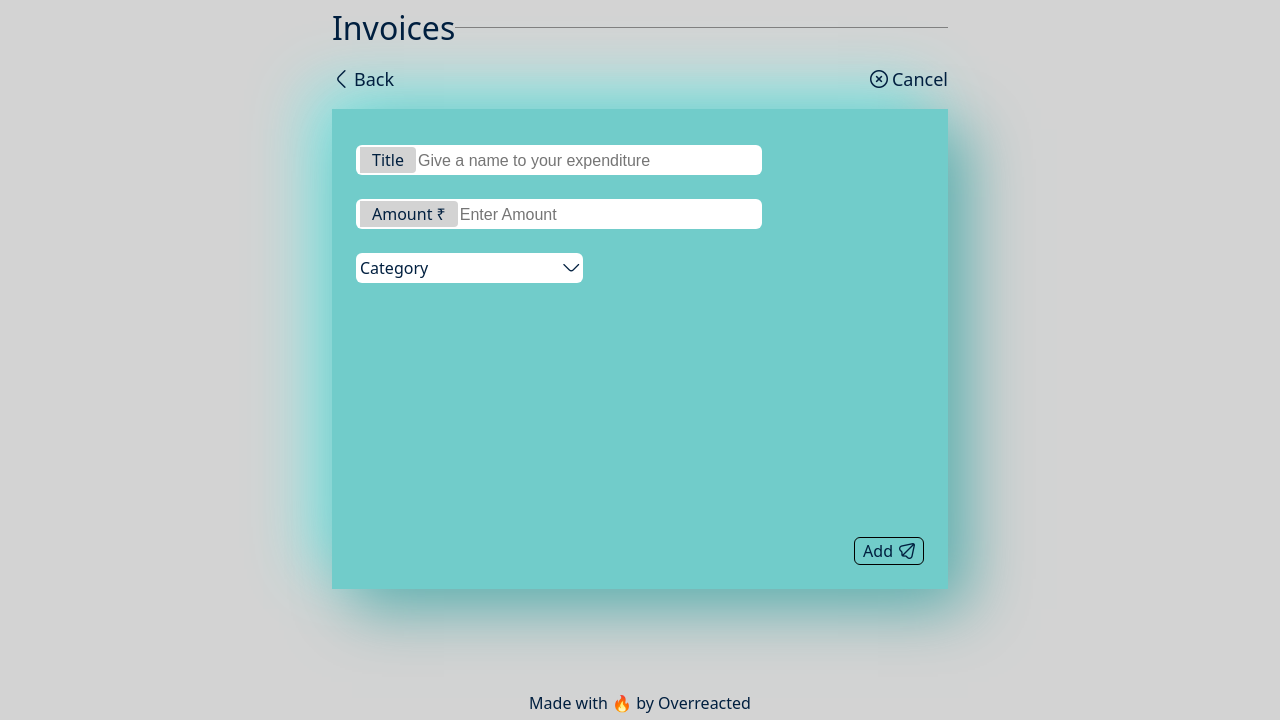
Repository: om1ars/task3
Page: /add-expense
An editor plug-in stored every save of this project. The page is shown before and after the next save, followed by the edit.
The browser window is 1280 px wide. The pictures show the whole page.
Some web libraries are served in a nearby version. The project was rebuilt for these pictures with package versions that can differ from the ones it lists, and the page was loaded fresh each time. Also part of the build but not shown: src/components/add-form/success-modal.css, src/components/expense-list/card.css, src/components/expense-list/card.js, src/components/expense-list/expense-list.css, src/components/expense-list/index.js, src/pages/home/home.css, src/pages/home/index.js.

Above is the page before, as saved 2021-12-18 14:49:58.

After the next save:
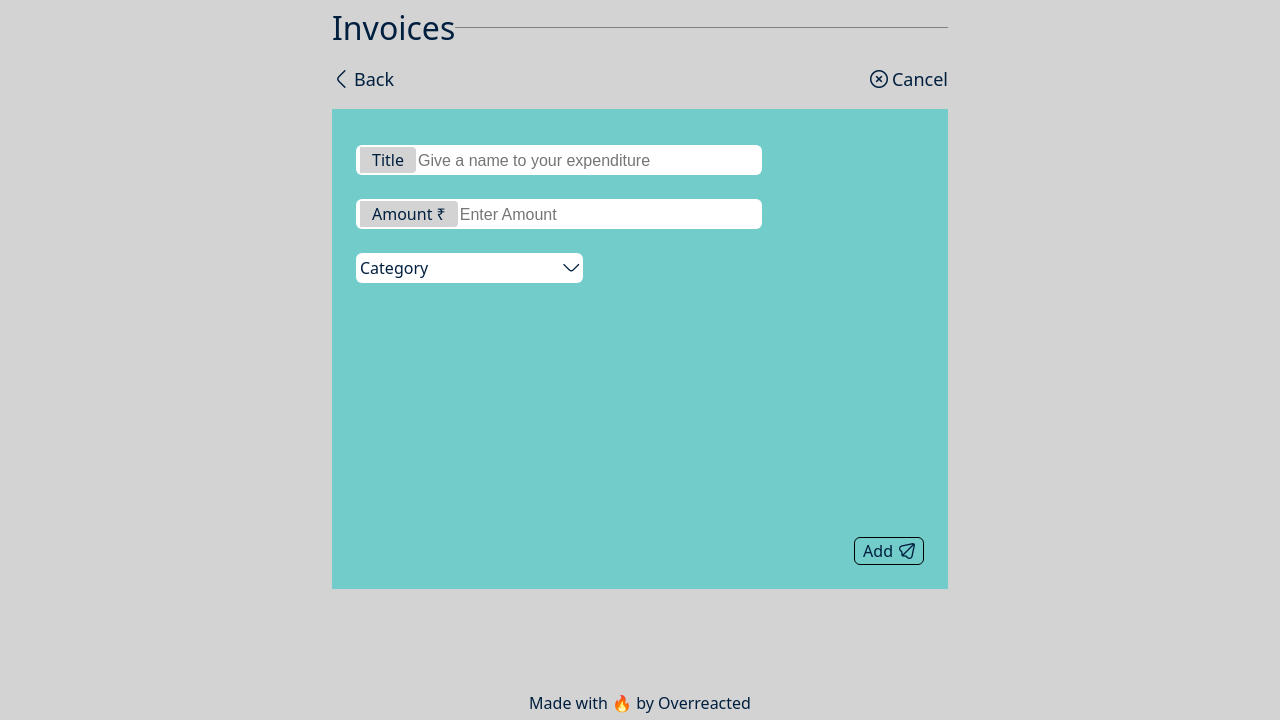
Saved 2 min 14 s later.
--- a/src/components/add-form/add-form.css
+++ b/src/components/add-form/add-form.css
@@ -1,6 +1,6 @@
 .add-form {
   background: #71ccca;
-  box-shadow: 20px 20px 60px #60adac, -20px -20px 60px #82ebe8;
+  /* box-shadow: 20px 20px 60px #60adac, -20px -20px 60px #82ebe8; */
   margin: 6px 12px;
   padding: 24px;
   display: flex;
